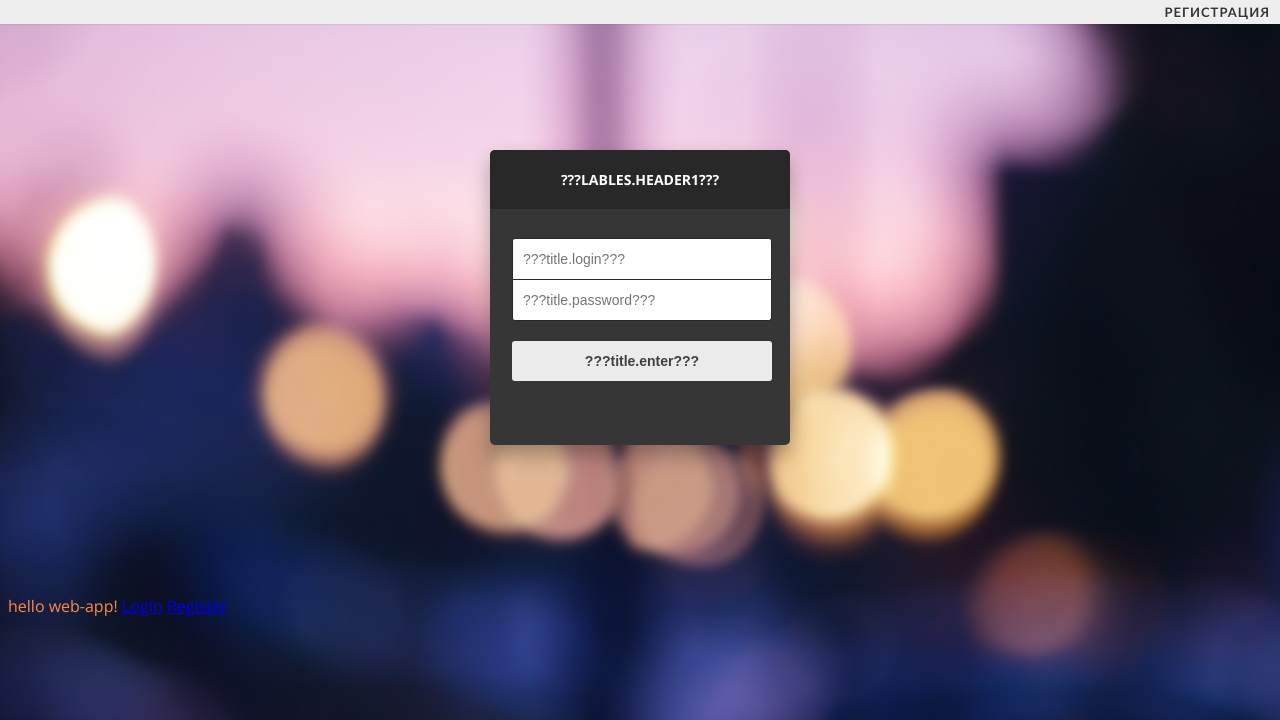
Repository: KosiloVeronika/workspace
Page: http://localhost/libraryManager/Controller
These files come from the project's save history. The page is drawn as it stood at one moment and after the next save; the edit follows.
The browser window is 1280 px wide. The pictures show the whole page.
Some web libraries are served in a nearby version. The page is served by Tomcat 9. Other server files are loaded and not shown.

Above is the page before, as saved 2015-09-22 16:48:15.

### libraryManager/WebContent/jsp/login.jsp
<%@ page language="java" contentType="text/html; charset=utf-8"
    pageEncoding="utf-8"%>
<%@ taglib prefix="c" uri="http://java.sun.com/jsp/jstl/core" %>
<%@ taglib prefix="fmt" uri="http://java.sun.com/jsp/jstl/fmt" %>
<fmt:setLocale value="${locale}"/>
<fmt:setBundle basename="resources.info_messages" var="resourceBundle"/>
<!DOCTYPE html PUBLIC "-//W3C//DTD HTML 4.01 Transitional//EN" "http://www.w3.org/TR/html4/loose.dtd">
<html>
<head>
	<link href="<c:url value="/css/style.css" />" rel="stylesheet" media="screen" type="text/css" />
	<script type="text/javascript" src="http://ajax.googleapis.com/ajax/libs/jquery/1.4.2/jquery.min.js"></script>
	<script type="text/javascript" src="<c:url value="/js/validation.js"/>"></script>
	<link href='http://fonts.googleapis.com/css?family=Open+Sans:400,700' rel='stylesheet' type='text/css'>
	<meta http-equiv="Content-Type" content="text/html; charset=utf-8">
	<title><fmt:message key="lables.authorization" bundle="${resourceBundle}"/></title>
</head>
<body>
	<c:import url="/jspf/header.jsp" />
    <div id="login-form">
      <h1><fmt:message key="lables.header1" bundle="${resourceBundle}"/></h1>
        <fieldset>
            <form method="POST" action="${pageContext.servletContext.contextPath}/Controller">
	            <input type="hidden" name="command" value="login" />
	                <input type="text" name="login" placeholder="<fmt:message key="title.login" bundle="${resourceBundle}"/>">
	                <input type="password" name="password" placeholder="<fmt:message key="title.password" bundle="${resourceBundle}"/>">
	                <input type="submit" value="<fmt:message key="title.enter" bundle="${resourceBundle}"/>">
	                <br/>
					${errorLoginPassMessage}
				<br/>
					${wrongAction}
				<br/>
            </form>
        </fieldset>
    </div>
	hello web-app!

	<a href="jsp/login.jsp">LogIn</a>

	<a href="jsp/registration.jsp">Register</a>
	<c:import url="/jspf/footer.jsp" />
</body>
</html>

### libraryManager/WebContent/jspf/header.jsp
<%@ page language="java" contentType="text/html; charset=UTF-8"
    pageEncoding="UTF-8"%>
<%@ taglib prefix="c" uri="http://java.sun.com/jsp/jstl/core" %>
<%@ taglib prefix="i" uri="http://java.sun.com/jsp/jstl/core" %>
<!DOCTYPE html PUBLIC "-//W3C//DTD HTML 4.01 Transitional//EN" "http://www.w3.org/TR/html4/loose.dtd">
<html>
<head>
<meta http-equiv="Content-Type" content="text/html; charset=UTF-8">
<title>Insert title here</title>
</head>
<body>
	<header>
	    <div class="vladmaxi-top">
	        <span class="right">
	        <c:choose>
	        	<c:when test="${user == null}">
					<a href="jsp/registration.jsp">
	                	<strong>Регистрация</strong>
	            	</a>
				</c:when>
				<c:otherwise>
					<i:import url="/jspf/hello_user.jsp" />
				</c:otherwise>
	        </c:choose>
	        </span>
	    <div class="clr"></div>
	    </div>
	</header>
</body>
</html>

### libraryManager/WebContent/jspf/footer.jsp
<%@ page language="java" contentType="text/html; charset=ISO-8859-1"
    pageEncoding="ISO-8859-1"%>
<!DOCTYPE html PUBLIC "-//W3C//DTD HTML 4.01 Transitional//EN" "http://www.w3.org/TR/html4/loose.dtd">
<html>
<head>
<meta http-equiv="Content-Type" content="text/html; charset=ISO-8859-1">
<title>Insert title here</title>
</head>
<body>
	<footer>

	</footer>
</body>
</html>

### libraryManager/src/com/epam/libraryManager/controller/Controller.java
package com.epam.libraryManager.controller;

import java.io.IOException;

import javax.servlet.RequestDispatcher;
import javax.servlet.ServletException;
import javax.servlet.annotation.WebServlet;
import javax.servlet.http.HttpServlet;
import javax.servlet.http.HttpServletRequest;
import javax.servlet.http.HttpServletResponse;

import org.apache.log4j.Logger;

import com.epam.libraryManager.command.CommandFactory;
import com.epam.libraryManager.command.InterfaceCommand;
import com.epam.libraryManager.resource.ConfigurationManager;
import com.epam.libraryManager.resource.MessageManager;

/**
 * Servlet implementation class Controller
 */
@WebServlet("/Controller")
public class Controller extends HttpServlet {
	 static {
		 	System.out.println("hello kiti");
		}
	private static final long serialVersionUID = 1L;
	private final static Logger LOG = Logger.getLogger(Controller.class);
    /**
     * @see HttpServlet#HttpServlet()
     */
    public Controller() {
        super();
    }

	/**
	 * @see HttpServlet#doGet(HttpServletRequest request, HttpServletResponse response)
	 */
	protected void doGet(HttpServletRequest request, HttpServletResponse response) throws ServletException, IOException {
		processRequest(request, response);
		LOG.error("7");
	}

	/**
	 * @see HttpServlet#doPost(HttpServletRequest request, HttpServletResponse response)
	 */
	protected void doPost(HttpServletRequest request, HttpServletResponse response) throws ServletException, IOException {
		processRequest(request, response);
	}

	private void processRequest(HttpServletRequest request, HttpServletResponse response) throws ServletException, IOException {
			String page = null;
			LOG.debug("PROCREQ");
			// îïðåäåëåíèå êîìàíäû, ïðèøåäøåé èç JSP
			CommandFactory client = new CommandFactory();
			InterfaceCommand command = client.defineCommand(request);
			/*
			* âûçîâ ðåàëèçîâàííîãî ìåòîäà execute() è ïåðåäà÷à ïàðàìåòðîâ
			* êëàññó-îáðàáîò÷èêó êîíêðåòíîé êîìàíäû
			 */
			page = command.execute(request);
			// ìåòîä âîçâðàùàåò ñòðàíèöó îòâåòà
			// page = null; // ïîýêñïåðåìåíòèðîâàòü!
			if (page != null) {
				RequestDispatcher dispatcher = getServletContext().getRequestDispatcher(page);
				// âûçîâ ñòðàíèöû îòâåòà íà çàïðîñ
				dispatcher.forward(request, response);
			} else {
				// óñòàíîâêà ñòðàíèöû c cîîáùåíèåì îá îøèáêå
				page = ConfigurationManager.getProperty("path.page.index");
				request.getSession().setAttribute("nullPage",
				MessageManager.getProperty("message.nullpage"));
				response.sendRedirect(request.getContextPath() + page);
			}
	}

}

### libraryManager/src/com/epam/libraryManager/command/CommandFactory.java
package com.epam.libraryManager.command;

import javax.servlet.http.HttpServletRequest;

import org.apache.log4j.Logger;

import com.epam.libraryManager.resource.MessageManager;

public class CommandFactory {
	private final static Logger LOG = Logger.getLogger(CommandFactory.class);
	public InterfaceCommand defineCommand(HttpServletRequest request) {
		InterfaceCommand current = new EmptyCommand();
			// èçâëå÷åíèå èìåíè êîìàíäû èç çàïðîñà
		String action = request.getParameter("command");
		if (action == null || action.isEmpty()) {
			// åñëè êîìàíäà íå çàäàíà â òåêóùåì çàïðîñå
			return current;
		}
			// ïîëó÷åíèå îáúåêòà, ñîîòâåòñòâóþùåãî êîìàíäå
		try {
			EnumCommand currentEnum = EnumCommand.valueOf(action.toUpperCase());
			current = currentEnum.getCurrentCommand();
		} catch (IllegalArgumentException e) {
			request.setAttribute("wrongAction", action
			+ MessageManager.getProperty("message.wrongaction"));
		}
			return current;
		}
}

### libraryManager/src/com/epam/libraryManager/command/InterfaceCommand.java
package com.epam.libraryManager.command;

import javax.servlet.http.HttpServletRequest;

public interface InterfaceCommand {
	public String execute(HttpServletRequest request);
}

### libraryManager/src/com/epam/libraryManager/command/EmptyCommand.java
package com.epam.libraryManager.command;

import javax.servlet.http.HttpServletRequest;

import org.apache.log4j.Logger;

import com.epam.libraryManager.resource.ConfigurationManager;

public class EmptyCommand implements InterfaceCommand {
	private final static Logger LOG = Logger.getLogger(EmptyCommand.class);
	@Override
	public String execute(HttpServletRequest request) {
		/* â ñëó÷àå îøèáêè èëè ïðÿìîãî îáðàùåíèÿ ê êîíòðîëëåðó
		* ïåðåàäðåñàöèÿ íà ñòðàíèöó ââîäà ëîãèíà */
		String page = ConfigurationManager.getProperty("path.page.login");
		return page;
	}

}

### libraryManager/src/com/epam/libraryManager/resource/ConfigurationManager.java
package com.epam.libraryManager.resource;

import java.util.ResourceBundle;

import org.apache.log4j.Logger;

public class ConfigurationManager {
	private final static Logger LOG = Logger.getLogger(ConfigurationManager.class);
	private final static ResourceBundle resourceBundle = ResourceBundle.getBundle("resources.config");
	// êëàññ èçâëåêàåò èíôîðìàöèþ èç ôàéëà config.properties
	private ConfigurationManager() { }
	public static String getProperty(String key) {
		return resourceBundle.getString(key);
	}
}

### libraryManager/WebContent/css/style.css
@charset "utf-8";

html {
  background: url(../images/TebPWZ6.jpg) no-repeat center center fixed;
  -webkit-background-size: cover;
  -moz-background-size: cover;
  -o-background-size: cover;
  background-size: cover;
}

body {
	color: #ff8b3d;
  font-family: 'Open Sans', sans-serif;
	font-size: 16px;

}

#login-form {
	background-color: #363636;
	border-radius: 5px;
	-moz-border-radius: 5px;
	-webkit-border-radius: 5px;
	margin: 150px auto;
	width: 300px;
  font-family: 'Open Sans', sans-serif;
	font-size: 16px;
  -webkit-box-shadow:  0px 10px 20px 0px rgba(0, 0, 0, 0.3);
   box-shadow:  0px 10px 20px 0px rgba(0, 0, 0, 0.3);

}

#login-form h1 {
	background-color: #292829;
	border-radius: 5px 5px 0px 0px;
	-moz-border-radius: 5px 5px 0px 0px;
	-webkit-border-radius: 5px 5px 0px 0px;
	color: #fff;
	padding: 20px;
	text-align: center;
	text-transform: uppercase;
  font-family: 'Open Sans', sans-serif;
	font-size: 14px;
}

#login-form fieldset {
	border: none;
	padding: 20px;
	position: relative;
}


#login-form fieldset form {
	overflow: hidden;
	width: 270px;
}

#login-form fieldset form input {
	font-family: Arial, Helvetica, sans-serif;
	font-size: 14px;
	outline: none;
  -webkit-appearance:none;
  width: 260px;
  align: center;
  position: center;


}

#login-form fieldset form input[type="email"] {
	border: 1px solid #292829;
	border-radius: 3px 3px 0px 0px;
	-moz-border-radius: 3px 3px 0px 0px;
	-webkit-border-radius: 3px 3px 0px 0px;
	padding: 12px 10px;
	width: 238px;
  -webkit-appearance:none;
}

#login-form fieldset form input[type="text"] {
	border: 1px solid #292829;
	border-radius: 3px 3px 0px 0px;
	-moz-border-radius: 3px 3px 0px 0px;
	-webkit-border-radius: 3px 3px 0px 0px;
	padding: 12px 10px;
	width: 238px;
  -webkit-appearance:none;
}

#login-form fieldset form input[type="password"] {
	border: 1px solid #292829;
	border-top: none;
	border-radius: 0px 0px 3px 3px;
	-moz-border-radius: 0px 0px 3px 3px;
	-webkit-border-radius: 0px 0px 3px 3px;
	padding: 12px 10px;
	width: 238px;
  -webkit-appearance:none;
}
#login-form fieldset form input[type="submit"] {
	background-color: #ebebeb;
	border: none;
	border-radius: 3px;
	-moz-border-radius: 3px;
	-webkit-border-radius: 3px;
	color: #404040;
	cursor: pointer;
	float: none;
	font-weight: bold;
	margin-top: 20px;
	padding: 12px 12px;
  -webkit-appearance: none;
}

#login-form fieldset form input[type="reset"] {
	background-color: #ebebeb;
	border: none;
	border-radius: 3px;
	-moz-border-radius: 3px;
	-webkit-border-radius: 3px;
	color: #404040;
	cursor: pointer;
	float: none;
	font-weight: bold;
	margin-top: 20px;
	padding: 12px 12px;
  -webkit-appearance: none;
}
#login-form fieldset form input[type="submit"]:hover {
	background-color: #e0e0e0;
}

#login-form fieldset form span:before {
	background-color: #c9c9c9;
	border-radius: 50%;
	-moz-border-radius: 50%;
	-webkit-border-radius: 50%;
	content: "?";
	display: inline-block;
	height: 20px;
	line-height: 20px;
	margin-right: 10px;
	text-align: center;
	width: 20px;
}

#login-form fieldset form span {
	font-size: 12px;
	margin-top: 40px;
}

#login-form fieldset form span a{
	color: #eb6d1a;
	text-decoration: none;
}

#login-form fieldset form span a:hover {
	color: #eb6d1a;
}

/* ����� ���� vladmaxi, ����� ������� */
.vladmaxi-top{
	line-height: 24px;
	font-size: 11px;
	background: #eee;
	text-transform: uppercase;
	z-index: 9999;
	position: fixed;
	top:0;
	left:0;
	width:100%;
	font-family: calibri;
	font-size: 13px;
	box-shadow: 1px 0px 2px rgba(0,0,0,0.2);
	-webkit-animation: slideOut 0.5s ease-in-out 0.3s backwards;
}
@-webkit-keyframes slideOut{
	0%{top:-30px; opacity: 0;}
	100%{top:0px; opacity: 1;}
}

.vladmaxi-top a{
	padding: 0px 10px;
	letter-spacing: 1px;
	color: #333;
	text-shadow: 0px 1px 1px #fff;
	display: block;
	float: left;
	text-decoration:none;
}
.vladmaxi-top a:hover{
	background: #fff;
}
.vladmaxi-top span.right{
	float: right;
}
.vladmaxi-top span.right a{
	float: left;
	display: block;
}

### libraryManager/WebContent/js/validation.js
window.onload = function(e) {
	var loginField = $('[name=login]').first();
	var passwordField = $('[name=password]').first();
	console.log('keyup3');
	loginField.keyup(function(e) {
		var loginField = $('[name=login]').first();
		var loginValue = loginField.val();
		var pattern = /^[a-zA-Z][a-zA-Z0-9-_\\.]{1,20}$/;
		if(loginValue && pattern.test(loginValue)) {
			loginField.attr('style', 'background:green');
		} else {
			loginField.attr('style', 'background:red');
		}
	});
	passwordField.keyup(function(e) {
		var passwordField = $('[name=password]').first();
		var passwordValue = passwordField.val();
		var pattern = /^((?=.*\d))(?=.*[A-Z])(?=.*[a-z])\w{8,30}$/;
		if(passwordValue && pattern.test(passwordValue)) {
			passwordField.attr('style', 'background:green');
		} else {
			passwordField.attr('style', 'background:red');
		}
	});
	console.log(loginField.change);
}

After the next save:
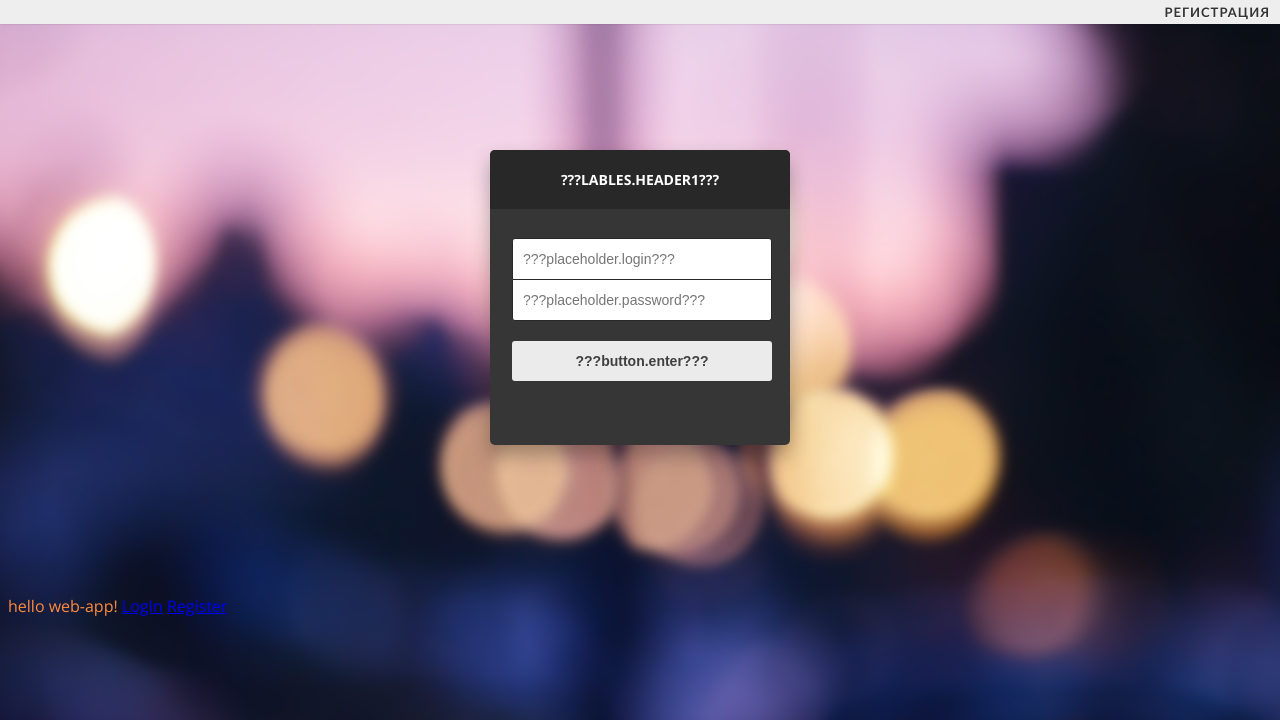
Saved 71 s later.
--- a/libraryManager/WebContent/jsp/login.jsp
+++ b/libraryManager/WebContent/jsp/login.jsp
@@ -21,9 +21,9 @@
         <fieldset>
             <form method="POST" action="${pageContext.servletContext.contextPath}/Controller">
 	            <input type="hidden" name="command" value="login" />
-	                <input type="text" name="login" placeholder="<fmt:message key="title.login" bundle="${resourceBundle}"/>">
-	                <input type="password" name="password" placeholder="<fmt:message key="title.password" bundle="${resourceBundle}"/>">
-	                <input type="submit" value="<fmt:message key="title.enter" bundle="${resourceBundle}"/>">
+	                <input type="text" name="login" placeholder="<fmt:message key="placeholder.login" bundle="${resourceBundle}"/>">
+	                <input type="password" name="password" placeholder="<fmt:message key="placeholder.password" bundle="${resourceBundle}"/>">
+	                <input type="submit" value="<fmt:message key="button.enter" bundle="${resourceBundle}"/>">
 	                <br/>
 					${errorLoginPassMessage}
 				<br/>
